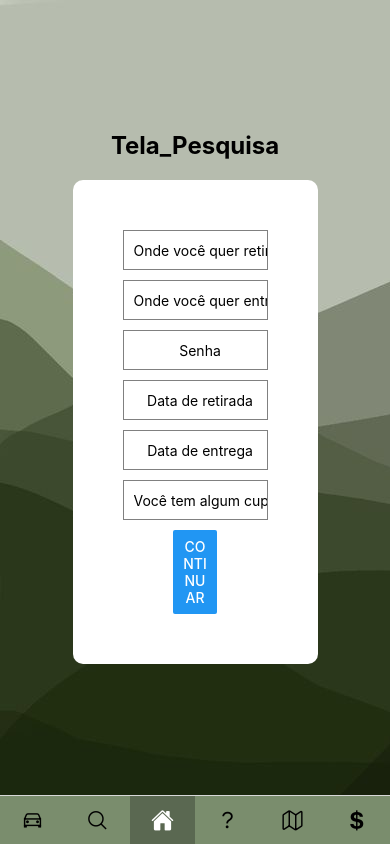
Repository: GabrielAron/EcoWheels
Page: /Home
The author's editor kept a copy of each file at every save. The page is drawn from the files as they stood at one save, then again after the next save.
The browser window is 390 px wide. The pictures show the whole page.
The app was drawn by React Native's web renderer in a window 390 px wide. The project was rebuilt for these pictures with package versions that can differ from the ones it lists, and the page was loaded fresh each time. Also part of the build but not shown: src/Paginas/Carros/index.js, src/Paginas/Ajuda/index.js, src/Paginas/Mapa/index.js, src/Paginas/Pagamento/pagamento.js.

Above is the page before, as saved 2023-11-24 14:38:56.

### App.js
import React from 'react';
import Routes from './src/Paginas/routes';
import { ReservaProvider } from './src/Paginas/ReservaContext';


function App() {
  return (
    <ReservaProvider>
      <Routes />
    </ReservaProvider>
  );
}

export default App;

### src/Paginas/routes.js
import React from 'react';
import { createBottomTabNavigator } from '@react-navigation/bottom-tabs';
import { NavigationContainer } from '@react-navigation/native';
import { Ionicons } from '@expo/vector-icons';

import Home from './Home';
import Explorar from './Carros';
import Ajuda from './Ajuda';
import Reservas from './Locacoes';
import Recarga from './Mapa';
import Pagamento from './Pagamento/pagamento';

const Tab = createBottomTabNavigator();

export default function Routes() {
  return (
    <NavigationContainer>
      <Tab.Navigator
        tabBarOptions={{
          showLabel: false, // Oculta as etiquetas de texto das guias
          tabBarStyle: {
            position: 'absolute',
            backgroundColor: '#7A8D6D',
            height:700,
          },
          tabStyle: {
            elevation: 0,
          },
          inactiveBackgroundColor: '#7A8D6D',
          activeBackgroundColor: '#5A6851',
        }}
      >
        <Tab.Screen
          name="Reservas"
          component={Reservas}
          options={{
            headerShown: false,
            tabBarIcon: ({ color, size, focused }) => {
              if (focused) {
                return <Ionicons name="md-car" size={23} color="#FFF" />;
              } else {
                return <Ionicons name="md-car-outline" size={23} color="#000000" />;
              }
            },
          }}
        />
        <Tab.Screen
          name="Explorar"
          component={Explorar}
          options={{
            headerShown: false,
            tabBarIcon: ({ color, size, focused }) => {
              if (focused) {
                return <Ionicons name="md-search" size={23} color="#FFF" />;
              } else {
                return <Ionicons name="md-search-outline" size={23} color="#000000" />;
              }
            },
          }}
        />
        <Tab.Screen
          name="Home"
          component={Home}
          options={{
            headerShown: false,
            tabBarIcon: ({ color, size, focused }) => {
              if (focused) {
                return <Ionicons name="md-home" size={23} color="#FFF" />;
              } else {
                return <Ionicons name="md-home-outline" size={23} color="#000000" />;
              }
            },
          }}
        />
        <Tab.Screen
          name="Ajuda"
          component={Ajuda}
          options={{
            headerShown: false,
            tabBarIcon: ({ color, size, focused }) => {
              if (focused) {
                return <Ionicons name="md-help" size={23} color="#FFF" />;
              } else {
                return <Ionicons name="md-help-outline" size={23} color="#000000" />;
              }
            },
          }}
        />
        <Tab.Screen
          name="Recarga"
          component={Recarga}
          options={{
            headerShown: false,
            tabBarIcon: ({ color, size, focused }) => {
              if (focused) {
                return <Ionicons name="md-map" size={23} color="#FFF" />;
              } else {
                return <Ionicons name="md-map-outline" size={23} color="#000000" />;
              }
            },
          }}
        />
         <Tab.Screen
          name="Pagamento"
          component={Pagamento}
          options={{
            headerShown: false,
            tabBarIcon: ({ color, size, focused }) => {
              if (focused) {
                return <Ionicons name="logo-usd" size={23} color="#FFF" />;

              } else {
                return <Ionicons name="logo-usd" size={23} color="#000000" />;
              }
            },
          }}
        />
      </Tab.Navigator>
    </NavigationContainer>
  );
}

### src/Paginas/ReservaContext.js
import React, { createContext, useState } from 'react';

export const ReservaContext = createContext();

export const ReservaProvider = ({ children }) => {
  const [reservas, setReservas] = useState([]);

  return (
    <ReservaContext.Provider value={{ reservas, setReservas }}>
      {children}
    </ReservaContext.Provider>
  );
};

### src/Paginas/Home/index.js
import React from 'react';
import { View, Text, TextInput, Button, StyleSheet, ImageBackground } from 'react-native';
import Fundo from '/imagens/fundoverde.jpg';

export default function App() {
  return (
    <ImageBackground source={Fundo} style={styles.image}>
      <View style={styles.container}>
        <Text style={styles.title}>Tela_Pesquisa</Text>
        <View style={styles.formContainer}>
          <TextInput style={styles.input} placeholder="Onde você quer retirar o carro" />
          <TextInput style={styles.input} placeholder="Onde você quer entregar o carro" />
          <TextInput style={styles.input} placeholder="Senha" secureTextEntry={true} />
          <TextInput style={styles.input} placeholder="Data de retirada" />
          <TextInput style={styles.input} placeholder="Data de entrega" />
          <TextInput style={styles.input} placeholder="Você tem algum cupom de desconto?" />
          <View style={styles.buttonContainer}>
            <Button title="Continuar" onPress={() => {}} />
          </View>
        </View>
      </View>
    </ImageBackground>
  );
}

const styles = StyleSheet.create({
  container: {
    flex: 1,
    justifyContent: 'center',
    padding: 20,
  },
  image: {
    flex: 1,
    resizeMode: 'cover',
    justifyContent: 'center',
  },
  title: {
    fontSize: 24,
    fontWeight: 'bold',
    textAlign: 'center',
    marginBottom: 20,
  },
  input: {
    height: 40,
    borderColor: 'gray',
    borderWidth: 1,
    marginBottom: 10,
    paddingLeft: 10,
    textAlign: 'center',
  },
  formContainer: {
    backgroundColor: 'white',
    borderRadius: 10,
    padding: 50,
    width: '70%',
    height:'70',
    alignSelf: 'center',
  },
  buttonContainer: {
    width: '30%',
    alignSelf: 'center',
  },
});

### src/Paginas/Locacoes/index.js
import React, { useState, useContext } from 'react';
import { View, Text, ImageBackground, Button, StyleSheet, ScrollView, Modal, Alert } from 'react-native';
import Fundo from '/imagens/fundoverde.jpg';
import { ReservaContext } from '../ReservaContext'; // Atualize o caminho conforme necessário

const Card = ({ id, title, image }) => {
  const [modalVisible, setModalVisible] = useState(false);
  const { reservas, setReservas } = useContext(ReservaContext);
  const [carros, setCarros] = useState([

      { id: 1, title: "QUALIDADE PARA UM CONFORTO E ÓTIMO PASSEIO - Exquisite Cruiser 1.8", image: "https://cdn.leonardo.ai/users/cf8d0bec-5da3-4e6a-aed2-13735b2a6925/generations/a40b4ef5-35ec-4e32-a5ff-cc2ef5e85345/PhotoReal_make_a_background_image_for_a_cell_phone_application_2.jpg?w=512" },
      { id: 2, title: "DESIGN E CONFORTO EM UM - Rider GT 3.0", image: "https://cdn.leonardo.ai/users/cf8d0bec-5da3-4e6a-aed2-13735b2a6925/generations/a40b4ef5-35ec-4e32-a5ff-cc2ef5e85345/PhotoReal_make_a_background_image_for_a_cell_phone_application_3.jpg?w=512" },
      { id: 3, title: "FORÇA PARA DESAFIOS OFF-Road - Viper GT 3.0 ", image: "https://cdn.leonardo.ai/users/cf8d0bec-5da3-4e6a-aed2-13735b2a6925/generations/a0fe3adc-2c2f-4336-bc49-e57599170dd1/PhotoReal_faa_um_hummer_eltrico_novo_andando_por_uma_cidade_3.jpg?w=512" },
      { id: 4, title: "UM CARRO ANTIGO E ESTILOSO PARA OS AMANTES DE CLÁSSICOS - Bentley 1.8", image: "https://cdn.leonardo.ai/users/cf8d0bec-5da3-4e6a-aed2-13735b2a6925/generations/c6457b66-6149-4c4d-8408-99c27071dc1e/PhotoReal_faa_um_carro_eletrico_executivo_andando_por_uma_cida_0.jpg?w=512" },
      { id: 5, title: "UM CARRO VERSÁTIL QUE ATENDE A TODAS AS NECESSIDADES FLEXUS X 1.0", image: "https://cdn.leonardo.ai/users/cf8d0bec-5da3-4e6a-aed2-13735b2a6925/generations/f62f0f84-2ea5-4c9d-a4e3-33ade848f3b2/PhotoReal_make_a_background_image_for_a_cell_phone_application_3.jpg?w=512" },
      { id: 6, title: "UMA OPÇÃO PERFEITA PARA QUEM BUSCA PRATICIDADE E CONFORTO - LUXURY DRIVE 1.6", image: "https://cdn.leonardo.ai/users/cf8d0bec-5da3-4e6a-aed2-13735b2a6925/generations/589507b8-d87b-4a85-b05e-c325ccebd6b6/PhotoReal_make_a_background_image_for_a_cell_phone_application_1.jpg?w=512" },
      { id: 7, title: "UM CARRO ESPORTIVO COM DESEMPENHO DE ALTA POTÊNCIA Vortex GT 5.0", image: "https://fotos-jornaldocarro-estadao.nyc3.cdn.digitaloceanspaces.com/wp-content/uploads/2023/01/13072602/Carro_esportivo.jpg" },
    ]);


  return (
    <View style={styles.card}>
      <ImageBackground source={{ uri: image }} style={styles.image}>
        <View style={styles.content}>
          <Text style={styles.title}>{title}</Text>
          <Button title="Reservar" onPress={() => setModalVisible(true)} />
        </View>
      </ImageBackground>

      <Modal
        animationType="slide"
        transparent={true}
        visible={modalVisible}
        onRequestClose={() => {
          Alert.alert("Modal has been closed.");
          setModalVisible(!modalVisible);
        }}
      >
        <View style={styles.centeredView}>
          <View style={styles.modalView}>
            <Text style={styles.modalText}>Deseja mesmo reservar o carro?</Text>

            <Button
              style={[styles.button, styles.buttonClose]}
              onPress={() => {
                setReservas([...reservas, { id, title, image }]);
                setCarros(carros.filter(carro => carro.id !== id));
                setModalVisible(!modalVisible);
              }}
              title="Sim"
            />
            <Button
              style={[styles.button, styles.buttonCancel]}
              onPress={() => setModalVisible(!modalVisible)}
              title="Não"
            />
          </View>
        </View>
      </Modal>
    </View>
  );
};

export default function Reservas() {
  return (
    <View style={styles.container}>
      <ImageBackground source={Fundo} style={styles.image}>
        <Text style={styles.text}>Carros</Text>
        <View style={styles.cardContainer}>
          <ScrollView showsVerticalScrollIndicator={false}>
            <Card id={1} title="QUALIDADE PARA UM CONFORTO E ÓTIMO PASSEIO - Exquisite Cruiser 1.8" image="https://cdn.leonardo.ai/users/cf8d0bec-5da3-4e6a-aed2-13735b2a6925/generations/a40b4ef5-35ec-4e32-a5ff-cc2ef5e85345/PhotoReal_make_a_background_image_for_a_cell_phone_application_2.jpg?w=512" />
            <Card id={2} title="DESIGN E CONFORTO EM UM - Rider GT 3.0" image="https://cdn.leonardo.ai/users/cf8d0bec-5da3-4e6a-aed2-13735b2a6925/generations/a40b4ef5-35ec-4e32-a5ff-cc2ef5e85345/PhotoReal_make_a_background_image_for_a_cell_phone_application_3.jpg?w=512" />
            <Card id={3} title="FORÇA PARA DESAFIOS OFF-Road - Viper GT 3.0 " image="https://cdn.leonardo.ai/users/cf8d0bec-5da3-4e6a-aed2-13735b2a6925/generations/a0fe3adc-2c2f-4336-bc49-e57599170dd1/PhotoReal_faa_um_hummer_eltrico_novo_andando_por_uma_cidade_3.jpg?w=512" />
            <Card id={4} title="UM CARRO ANTIGO E ESTILOSO PARA OS AMANTES DE CLÁSSICOS - Bentley 1.8" image="https://cdn.leonardo.ai/users/cf8d0bec-5da3-4e6a-aed2-13735b2a6925/generations/c6457b66-6149-4c4d-8408-99c27071dc1e/PhotoReal_faa_um_carro_eletrico_executivo_andando_por_uma_cida_0.jpg?w=512" />
            <Card id={5} title="UM CARRO VERSÁTIL QUE ATENDE A TODAS AS NECESSIDADES FLEXUS X 1.0" image="https://cdn.leonardo.ai/users/cf8d0bec-5da3-4e6a-aed2-13735b2a6925/generations/f62f0f84-2ea5-4c9d-a4e3-33ade848f3b2/PhotoReal_make_a_background_image_for_a_cell_phone_application_3.jpg?w=512" />
            <Card id={6} title="UMA OPÇÃO PERFEITA PARA QUEM BUSCA PRATICIDADE E CONFORTO - LUXURY DRIVE 1.6" image="https://cdn.leonardo.ai/users/cf8d0bec-5da3-4e6a-aed2-13735b2a6925/generations/589507b8-d87b-4a85-b05e-c325ccebd6b6/PhotoReal_make_a_background_image_for_a_cell_phone_application_1.jpg?w=512" />
            <Card id={7} title="UM CARRO ESPORTIVO COM DESEMPENHO DE ALTA POTÊNCIA Vortex GT 5.0" image="https://fotos-jornaldocarro-estadao.nyc3.cdn.digitaloceanspaces.com/wp-content/uploads/2023/01/13072602/Carro_esportivo.jpg" />
          </ScrollView>
        </View>
      </ImageBackground>
    </View>
  );
}


const styles = StyleSheet.create({
  container: {
    flex: 1,
  },
  image: {
    flex: 1,
    resizeMode: 'cover',
    justifyContent: 'center',
  },
  text: {
    color: '#fffbff',
    fontSize: 36,
    position: 'absolute',
    top: 50,
    left: 0,
    right: 0,
    fontWeight: 'bold',
    textAlign: 'center',
  },
  cardContainer: {
    flex: 1,
    alignItems: 'center',
    justifyContent: 'center',
    paddingTop: 200,
    paddingLeft: 75,
  },
  card: {
    width: '90%',
    height: 200,
    marginBottom: 45,
    borderRadius: 10,
    overflow: 'hidden',
  },
  image: {
    flex: 1,
    resizeMode: 'cover',
    justifyContent: 'center',
  },
  content: {
    padding: 10,
    alignItems: 'center',
    justifyContent: 'center',
  },
  title: {
    fontSize: 16,
    fontWeight: 'bold',
    color: '#fffbff',
  },
  overlay: {
    ...StyleSheet.absoluteFillObject,
    backgroundColor: 'rgba(128, 128, 128, 0.5)',
  },
  centeredView: {
    flex: 1,
    justifyContent: "center",
    alignItems: "center",
    marginTop: 22
  },
  modalView: {
    margin: 20,
    backgroundColor: "white",
    borderRadius: 20,
    padding: 35,
    alignItems: "center",
    shadowColor: "#000",
    shadowOffset: {
      width: 0,
      height: 2
    },
    shadowOpacity: 0.25,
    shadowRadius: 4,
    elevation: 5
  },
  button: {
    borderRadius: 20,
    padding: 10,
    elevation: 2
  },
  buttonClose: {
    backgroundColor: "#2196F3",
  },
  buttonCancel: {
    backgroundColor: "#f00",
  },
  modalText: {
    marginBottom: 15,
    textAlign: "center"
  }
});

After the next save:
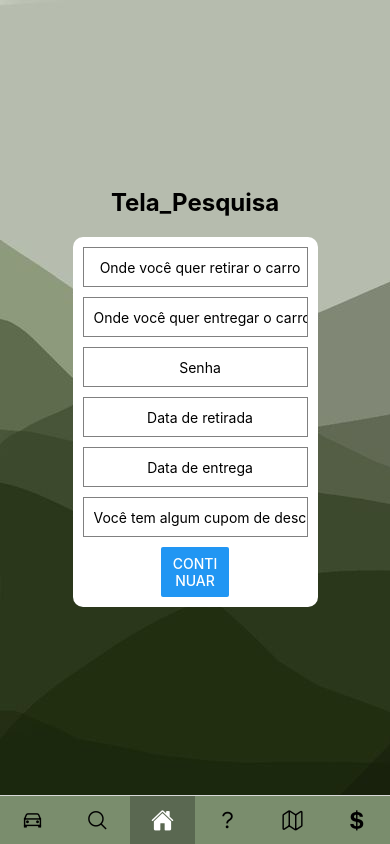
Saved 7 s later.
--- a/src/Paginas/Home/index.js
+++ b/src/Paginas/Home/index.js
@@ -51,7 +51,7 @@
   formContainer: {
     backgroundColor: 'white',
     borderRadius: 10,
-    padding: 50,
+    padding: 10,
     width: '70%',
     height:'70',
     alignSelf: 'center',

After the save that followed:
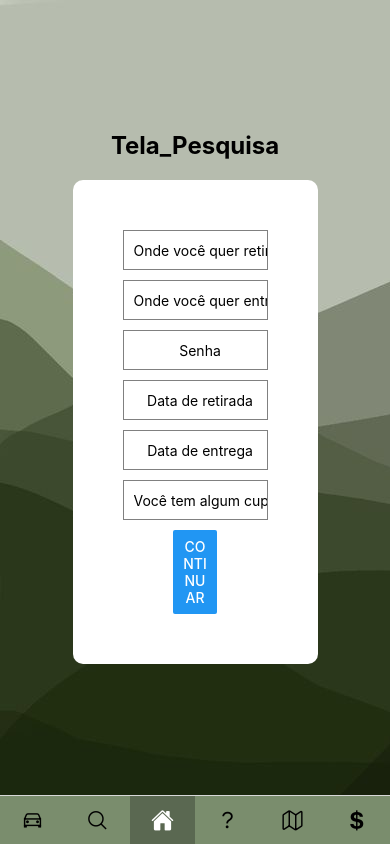
Saved 11 s later.
--- a/src/Paginas/Home/index.js
+++ b/src/Paginas/Home/index.js
@@ -51,7 +51,7 @@
   formContainer: {
     backgroundColor: 'white',
     borderRadius: 10,
-    padding: 10,
+    padding: 50,
     width: '70%',
     height:'70',
     alignSelf: 'center',
